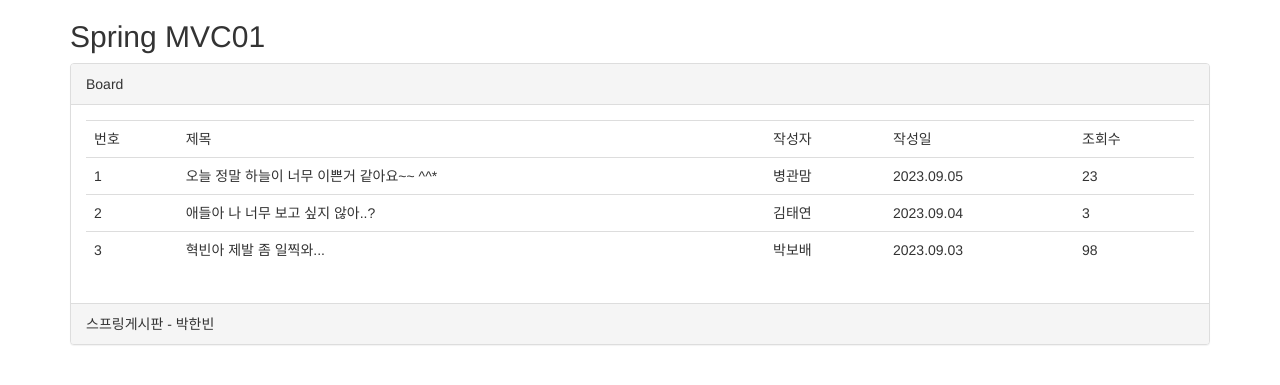
Repository: hanbinpark/Spring
Page: http://localhost/SpringMVC01/
An editor plug-in stored every save of this project. The page is shown before and after the next save, followed by the edit.
The browser window is 1280 px wide. The pictures show the whole page.
The page is served by Tomcat 9. Other server files are loaded and not shown.

Above is the page before, as saved 2023-09-05 02:09:38.

### SpringMVC01/src/main/webapp/WEB-INF/views/boardList.jsp
<%@ page language="java" contentType="text/html; charset=UTF-8"
    pageEncoding="UTF-8"%>
<%@ taglib prefix="c" uri="http://java.sun.com/jsp/jstl/core" %>
<!DOCTYPE html>
<html>
<head>
<meta charset="UTF-8">
<title>Insert title here</title>
<link rel="stylesheet" href="https://maxcdn.bootstrapcdn.com/bootstrap/3.4.1/css/bootstrap.min.css">
<script src="https://ajax.googleapis.com/ajax/libs/jquery/3.6.4/jquery.min.js"></script>
<script src="https://maxcdn.bootstrapcdn.com/bootstrap/3.4.1/js/bootstrap.min.js"></script>
</head>
<body>
	<div class="container">
	  <h2>Spring MVC01</h2>
	  <div class="panel panel-default">
	    <div class="panel-heading">Board</div>
	    <div class="panel-body">
			<table class="table">
				<tr>
					<td>번호</td>
					<td>제목</td>
					<td>작성자</td>
					<td>작성일</td>
					<td>조회수</td>
				</tr>

				<tr>
					<td>1</td>
					<td>오늘 정말 하늘이 너무 이쁜거 같아요~~ ^^*</td>
					<td>병관맘</td>
					<td>2023.09.05</td>
					<td>23</td>
				</tr>
				<tr>
					<td>2</td>
					<td>애들아 나 너무 보고 싶지 않아..?</td>
					<td>김태연</td>
					<td>2023.09.04</td>
					<td>3</td>
				</tr>
				<tr>
					<td>3</td>
					<td>혁빈아 제발 좀 일찍와...</td>
					<td>박보배</td>
					<td>2023.09.03</td>
					<td>98</td>
				</tr>
			</table>
		</div>
	    <div class="panel-footer">스프링게시판 - 박한빈</div>
	  </div>
	</div>
</body>
</html>

After the next save:
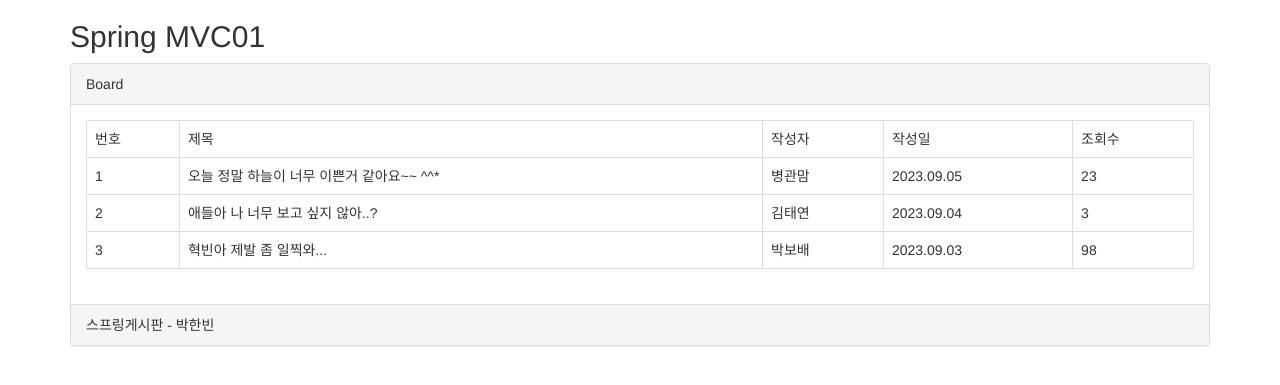
Saved 53 s later.
--- a/SpringMVC01/src/main/webapp/WEB-INF/views/boardList.jsp
+++ b/SpringMVC01/src/main/webapp/WEB-INF/views/boardList.jsp
@@ -16,7 +16,7 @@
 	  <div class="panel panel-default">
 	    <div class="panel-heading">Board</div>
 	    <div class="panel-body">
-			<table class="table">
+			<table class="table table-bordered">
 				<tr>
 					<td>번호</td>
 					<td>제목</td>
